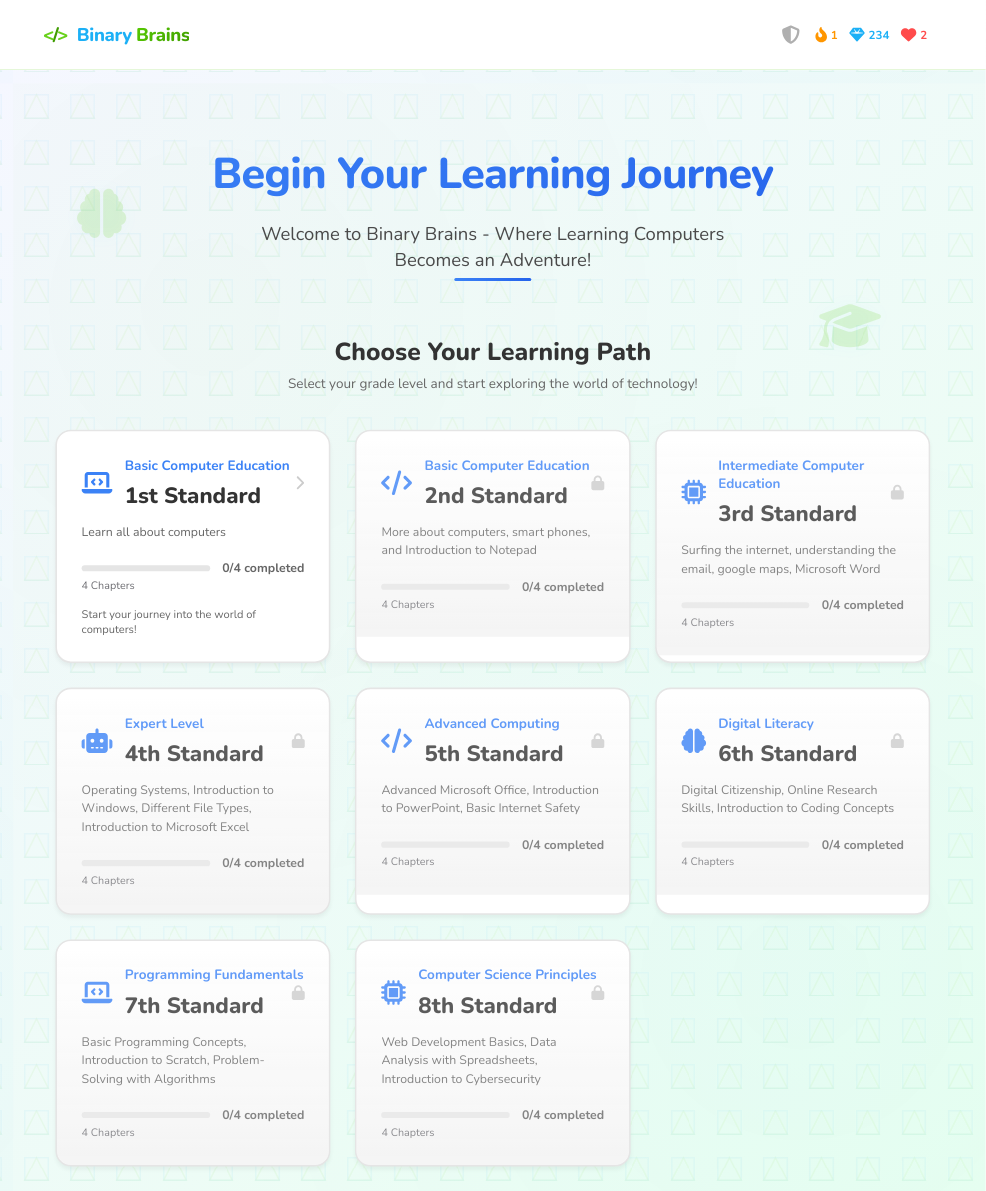
Repository: NeedFit-Agency/dattamsh
Page: /
An editor plug-in stored every save of this project. The page is shown before and after the next save, followed by the edit.
The browser window is 1280 px wide. The pictures show the whole page, at 77% of full size.
The project was rebuilt for these pictures with package versions that can differ from the ones it lists, and the page was loaded fresh each time. The framework's server and built-in components were replaced by stand-ins that run in the browser. Also part of the build but not shown: next.config.ts.

Above is the page before, as saved 2025-04-22 10:14:55.

### src/app/layout.tsx
'use client';

import type { Metadata } from "next";
import { Nunito } from "next/font/google";
import "./globals.css";
import { config } from '@fortawesome/fontawesome-svg-core'
import '@fortawesome/fontawesome-svg-core/styles.css'
import Header from '@/app/components/layout/Header/Header'
import { usePathname } from 'next/navigation';
config.autoAddCss = false

const nunito = Nunito({ subsets: ["latin"], weight: ["400", "700", "800", "900"] });


export default function RootLayout({
  children,
}: Readonly<{
  children: React.ReactNode;
}>) {
  const pathname = usePathname();
  const isQuizPage = pathname?.startsWith('/quiz');

  return (
    <html lang="en">
      <body className={nunito.className}>
        {!isQuizPage && <Header />}
        {children}
      </body>
    </html>
  );
}

### src/app/page.tsx
'use client';

import Link from 'next/link';
import { motion } from 'framer-motion';
import { FontAwesomeIcon } from '@fortawesome/react-fontawesome';
import {
  faChevronRight,
  faLock,
  faLaptopCode,
  faRobot,
  faMicrochip,
  faCode,
  faBrain,
  faGraduationCap,
  faAward
} from '@fortawesome/free-solid-svg-icons';
import styles from './page.module.css';

export default function HomePage() {
  const Standards = [
    {
      id: "1",
      subtitle: "Basic Computer Education",
      title: "1st Standard",
      status: "active",
      progress: "0/4 completed",
      units: "4 Chapters",
      message: "Start your journey into the world of computers!",
      icon: faLaptopCode,
      description: "Learn all about computers"
    },
    {
      id: "2",
      subtitle: "Basic Computer Education",
      title: "2nd Standard",
      status: "locked",
      units: "4 Chapters",
      progress: "0/4 completed",
      icon: faCode,
      description: "More about computers, smart phones, and Introduction to Notepad"
    },
    {
      id: "3",
      subtitle: "Intermediate Computer Education",
      title: "3rd Standard",
      status: "locked",
      progress: "0/4 completed",
      units: "4 Chapters",
      icon: faMicrochip,
      description: "Surfing the internet, understanding the email, google maps, Microsoft Word"
    },
    {
      id: "4",
      subtitle: "Expert Level",
      title: "4th Standard",
      status: "locked",
      progress: "0/4 completed",
      units: "4 Chapters",
      icon: faRobot,
      description: "Operating Systems, Introduction to Windows, Different File Types, Introduction to Microsoft Excel"
    },
    // Additional standards
    {
      id: "5",
      subtitle: "Advanced Computing",
      title: "5th Standard",
      status: "locked",
      progress: "0/4 completed",
      units: "4 Chapters",
      icon: faCode,
      description: "Advanced Microsoft Office, Introduction to PowerPoint, Basic Internet Safety"
    },
    {
      id: "6",
      subtitle: "Digital Literacy",
      title: "6th Standard",
      status: "locked",
      progress: "0/4 completed",
      units: "4 Chapters",
      icon: faBrain,
      description: "Digital Citizenship, Online Research Skills, Introduction to Coding Concepts"
    },
    {
      id: "7",
      subtitle: "Programming Fundamentals",
      title: "7th Standard",
      status: "locked",
      progress: "0/4 completed",
      units: "4 Chapters",
      icon: faLaptopCode,
      description: "Basic Programming Concepts, Introduction to Scratch, Problem-Solving with Algorithms"
    },
    {
      id: "8",
      subtitle: "Computer Science Principles",
      title: "8th Standard",
      status: "locked",
      progress: "0/4 completed",
      units: "4 Chapters",
      icon: faMicrochip,
      description: "Web Development Basics, Data Analysis with Spreadsheets, Introduction to Cybersecurity"
    }
  ];

  // Add decorative elements
  const decorativeIcons = [
    { icon: faBrain, style: { top: '10%', left: '5%' } },
    { icon: faGraduationCap, style: { top: '20%', right: '8%' } },
    { icon: faAward, style: { bottom: '15%', left: '8%' } },
    { icon: faCode, style: { bottom: '25%', right: '5%' } },
  ];

  return (
    <div className={styles.pageWrapper}>
      <main className={styles.main}>
        {/* Add decorative icons */}
        {decorativeIcons.map((item, index) => (
          <motion.div
            key={index}
            className={styles.decorativeIcon}
            style={item.style as React.CSSProperties}
            initial={{ opacity: 0, scale: 0 }}
            animate={{ opacity: 1, scale: 1 }}
            transition={{ duration: 0.5, delay: index * 0.2 }}
          >
            <FontAwesomeIcon icon={item.icon} />
          </motion.div>
        ))}

        <motion.div
          className={styles.heroSection}
          initial={{ opacity: 0, y: 20 }}
          animate={{ opacity: 1, y: 0 }}
          transition={{ duration: 0.6 }}
        >
          <h2 className={styles.heroTitle}>Begin Your Learning Journey</h2>
          <p className={styles.heroSubtitle}>
            Welcome to Binary Brains - Where Learning Computers Becomes an Adventure!
          </p>
        </motion.div>

        <div className={styles.standardsContainer}>
          <motion.div
            className={styles.sectionHeader}
            initial={{ opacity: 0, y: 20 }}
            animate={{ opacity: 1, y: 0 }}
            transition={{ duration: 0.6, delay: 0.3 }}
          >
            <h3>Choose Your Learning Path</h3>
            <p>Select your grade level and start exploring the world of technology!</p>
          </motion.div>

          <div className={styles.standardList}>
            {Standards.map((Standard, index) => (
              <motion.div
                key={Standard.id}
                className={styles.standardCard}
                initial={{ opacity: 0, x: -20 }}
                animate={{ opacity: 1, x: 0 }}
                transition={{ duration: 0.5, delay: 0.5 + index * 0.1 }}
              >
                <Link
                  href={Standard.status === 'active' ? `/learn/${Standard.id}/chapter/1` : '#'}
                  className={`${styles.standardLink} ${Standard.status === 'locked' ? styles.locked : ''}`}
                >
                  <div className={styles.standardContent}>
                    <div className={styles.standardHeader}>
                      <FontAwesomeIcon icon={Standard.icon} className={styles.standardIcon} />
                      <div className={styles.standardInfo}>
                        <span className={styles.subtitle}>{Standard.subtitle}</span>
                        <h2 className={styles.title}>{Standard.title}</h2>
                      </div>
                      {Standard.status === 'locked' ? (
                        <FontAwesomeIcon icon={faLock} className={styles.lockIcon} />
                      ) : (
                        <FontAwesomeIcon icon={faChevronRight} className={styles.arrowIcon} />
                      )}
                    </div>

                    <p className={styles.standardDescription}>{Standard.description}</p>

                    <div className={styles.standardDetails}>
                      <div className={styles.progress}>
                        <div className={styles.progressBar}>
                          <div
                            className={styles.progressFill}
                            style={{ width: Standard.status === 'active' ? '0%' : '0%' }}
                          />
                        </div>
                        <span className={styles.progressText}>{Standard.progress}</span>
                      </div>
                      <span className={styles.units}>{Standard.units}</span>
                      {Standard.message && (
                        <p className={styles.message}>{Standard.message}</p>
                      )}
                    </div>
                  </div>
                </Link>
              </motion.div>
            ))}
          </div>
        </div>
      </main>
    </div>
  );
}

### src/app/globals.css
/* Reset basic styles */
* {
  margin: 0;
  padding: 0;
  box-sizing: border-box;
}

:root {
  --background-light: #f8fafc;
  --background-medium: #eef2f7;
  --white: #ffffff;
  --border-light: #e5e7eb;
  --text-dark: #1f2937;
  --text-medium: #6b7280;
  --text-light: #9ca3af;
  --accent-color: #3b82f6; /* Changed to Blue */
  --accent-light: #60a5fa;
  --accent-dark: #2563eb;
  --primary-blue: #3b82f6; /* Already blue */
  --primary-blue-dark: #2563eb;
  --error-red: #ef4444;
  --warning-yellow: #f59e0b;
  --correct-green: #3b82f6; /* Changed to blue for consistency */
  --incorrect-red: #ef4444; /* Same as error */

  /* Font Sizes */
  --font-size-xs: 0.75rem;
  --font-size-sm: 0.875rem;
  --font-size-base: 1rem;
  --font-size-lg: 1.125rem;
  --font-size-xl: 1.25rem;
  --font-size-2xl: 1.5rem;
  --font-size-3xl: 1.875rem;
  --font-size-4xl: 2.25rem;
  --font-size-5xl: 3rem;
  --font-size-display: clamp(2.5rem, 6vw + 1rem, 6rem); /* For large characters */

  /* Duolingo theme variables - update to blue theme */
  --duo-green: #3b82f6; /* Changed to blue */
  --duo-green-dark: #2563eb;
  --duo-green-light: #93c5fd;
  --duo-green-border: #60a5fa;
  --duo-green-feedback: #dbeafe;

  /* Keep existing blue colors */
  --duo-blue-primary: #3b82f6;
  --duo-blue-dark: #2563eb;
  --duo-blue-light: #ddf4ff;
  --duo-blue-border: #bbe6ff;

  /* --- Core Colors (Blue Accent) --- */
  --duo-blue-primary: #1cb0f6;
  --duo-blue-dark: #1899d6;
  --duo-blue-light: #ddf4ff;   /* Needed for sidebar active bg */
  --duo-blue-border: #bbe6ff; /* Needed for sidebar active border */

  /* --- Secondary & Status Colors --- */
  --duo-yellow: #ffc800;
  --duo-yellow-dark: #e5a000;
  --duo-orange: #ff9600;
  --duo-orange-dark: #e58300;
  --duo-red: #ff4b4b;
  --duo-purple: #8e4dff;
  --duo-gold: #ffc800;
  --duo-gold-dark: #e5a000;
  --duo-gold-glow: rgba(255, 200, 0, 0.4);

  /* --- Grays & Text --- */
  --duo-gray-lightest: #f7f7f7; /* Needed for sidebar hover bg */
  --duo-gray-light: #e5e5e5;
  --duo-gray-medium: #afafaf;  /* Needed for inactive icons/profile border */
  --duo-gray-dark: #777777;    /* Needed for inactive text */
  --duo-text-dark: #4b4b4b;
  --duo-text-light: #ffffff;
  --duo-border: #e5e5e5;       /* Needed for sidebar right border */

  /* --- Dark Theme (Legendary) --- */
  --dark-bg: #1a1a1a;
  --dark-text-medium: #b0b0b0;
  --dark-footer-border: #333333;
  --dark-button-outline: #cccccc;

  /* --- Fonts --- */
  --font-family: 'Nunito', sans-serif; /* Ensure you import Nunito in layout.tsx */

  /* --- Layout --- */
  --sidebar-width: 300px;
  --right-rail-width: 400px;
}


body {
  font-family: var(--font-family);
  color: var(--duo-text-dark);
  background-color: #fefefe;
  /* Prevent scrolling issues with sticky elements */
  overflow-x: hidden;
}

/* Basic Button Resets */
button {
  font-family: inherit;
  cursor: pointer;
  border: none;
  background: none;
  padding: 0;
  color: inherit;
}

/* Link Resets */
a {
  color: inherit;
  text-decoration: none;
}

/* Font Awesome basic sizing */
.svg-inline--fa {
  vertical-align: middle; /* Better alignment */
}

### src/app/components/layout/Header/Header.tsx
'use client';

import { useState, useEffect } from 'react';
import Link from 'next/link';
import { FontAwesomeIcon } from '@fortawesome/react-fontawesome';
import { faBars, faTimes, faCode, faGraduationCap } from '@fortawesome/free-solid-svg-icons';
import StatsBar from '@/app/components/layout/StatsBar/StatsBar';
import styles from './Header.module.css';

export default function Header() {
  const [isScrolled, setIsScrolled] = useState(false);
  const [isMobileMenuOpen, setIsMobileMenuOpen] = useState(false);

  useEffect(() => {
    const handleScroll = () => {
      setIsScrolled(window.scrollY > 20);
    };

    window.addEventListener('scroll', handleScroll);
    return () => window.removeEventListener('scroll', handleScroll);
  }, []);

  return (
    <header className={`${styles.header} ${isScrolled ? styles.scrolled : ''}`}>
      <div className={styles.headerContent}>
        <Link href="/" className={styles.logoLink}>
          <div className={styles.logo}>
            <div className={styles.logoIconWrapper}>
              <span className={styles.codeBracket}>{"<"}</span>
              <span className={styles.codeSlash}>/</span>
              <span className={styles.codeBracket}>{">"}</span>
            </div>
            <div className={styles.logoText}>
              <span className={styles.logoMain}>Binary</span>
              <span className={styles.logoAccent}>Brains</span>
            </div>
          </div>
        </Link>

        <nav className={styles.nav}>
          {/* <div className={styles.navLinks}>
            <Link href="/learn" className={styles.navLink}>
              <FontAwesomeIcon icon={faGraduationCap} className={styles.navIcon} />
              <span>Learn</span>
            </Link>
          </div> */}
          <div className={styles.statsWrapper}>
            <StatsBar streak={1} gems={234} hearts={2} />
          </div>
        </nav>

        <button
          className={`${styles.mobileMenuButton} ${isMobileMenuOpen ? styles.active : ''}`}
          onClick={() => setIsMobileMenuOpen(!isMobileMenuOpen)}
          aria-label="Toggle menu"
        >
          <span className={styles.hamburgerIcon}></span>
        </button>

        <div className={`${styles.mobileMenu} ${isMobileMenuOpen ? styles.mobileMenuOpen : ''}`}>
          {/* <div className={styles.mobileNavLinks}>
            <Link href="/learn" className={styles.mobileNavLink}>
              <FontAwesomeIcon icon={faGraduationCap} className={styles.mobileNavIcon} />
              Learn
            </Link>
          </div> */}
          <div className={styles.mobileStatsWrapper}>
            <StatsBar streak={1} gems={234} hearts={2} />
          </div>
        </div>
      </div>
    </header>
  );
}

### src/app/components/layout/StatsBar/StatsBar.tsx
import { FontAwesomeIcon } from '@fortawesome/react-fontawesome';
import { faShieldAlt, faFireFlameCurved, faGem, faHeart } from '@fortawesome/free-solid-svg-icons';
import styles from './StatsBar.module.css';

interface StatsBarProps {
  streak: number;
  gems: number;
  hearts: number;
  streakFreezeActive?: boolean; // Optional prop
}

export default function StatsBar({ streak, gems, hearts, streakFreezeActive = true }: StatsBarProps) {
  return (
    <div className={styles.statsBar}>
      {streakFreezeActive && (
        <div className={`${styles.statItem} ${styles.streakFreeze}`}>
          <FontAwesomeIcon icon={faShieldAlt} className={styles.icon} />
        </div>
      )}
      <div className={`${styles.statItem} ${styles.streakCount}`}>
        <FontAwesomeIcon icon={faFireFlameCurved} className={styles.icon} /> {streak}
      </div>
      <div className={`${styles.statItem} ${styles.gems}`}>
        <FontAwesomeIcon icon={faGem} className={styles.icon} /> {gems}
      </div>
      <div className={`${styles.statItem} ${styles.hearts}`}>
        <FontAwesomeIcon icon={faHeart} className={styles.icon} /> {hearts}
      </div>
    </div>
  );
}

### src/app/components/layout/Header/Header.module.css
.header {
  background: rgba(255, 255, 255, 0.9);
  backdrop-filter: saturate(180%) blur(20px);
  -webkit-backdrop-filter: saturate(180%) blur(20px);
  position: sticky;
  top: 0;
  z-index: 100;
  border-bottom: 1px solid rgba(88, 204, 2, 0.2);
  transition: all 0.3s cubic-bezier(0.4, 0, 0.2, 1);
}

.scrolled {
  background: rgba(255, 255, 255, 0.98);
  box-shadow: 0 4px 20px rgba(88, 204, 2, 0.1);
}

.headerContent {
  max-width: 1200px;
  margin: 0 auto;
  padding: 0.8rem 1rem;
  display: flex;
  justify-content: space-between;
  align-items: center;
  position: relative;
}

.logoLink {
  text-decoration: none;
  display: flex;
  align-items: center;
  transition: transform 0.3s cubic-bezier(0.34, 1.56, 0.64, 1);
}

.logoLink:hover {
  transform: scale(1.02);
}

.logo {
  display: flex;
  align-items: center;
  gap: 0.75rem;
}

.logoIconWrapper {
  display: flex;
  align-items: center;
  font-size: 1.5rem;
  font-weight: 800;
  color: #58cc02;
  letter-spacing: -1px;
  transition: transform 0.3s cubic-bezier(0.34, 1.56, 0.64, 1);
}

.logoLink:hover .logoIconWrapper {
  transform: rotate(-5deg);
}

.codeBracket {
  opacity: 0.9;
  transition: transform 0.3s cubic-bezier(0.34, 1.56, 0.64, 1);
}

.codeSlash {
  color: #3f9c00;
  margin: 0 -1px;
  transition: transform 0.3s cubic-bezier(0.34, 1.56, 0.64, 1);
}

.logoLink:hover .codeBracket:first-child {
  transform: translateX(-2px);
}

.logoLink:hover .codeBracket:last-child {
  transform: translateX(2px);
}

.logoLink:hover .codeSlash {
  transform: rotate(-15deg) scale(1.1);
}

.logoText {
  display: flex;
  gap: 0.35rem;
  font-size: 1.5rem;
  font-weight: 800;
  letter-spacing: -0.02em;
}

.logoMain {
  color: #1cb0f6;
}

.logoAccent {
  background: linear-gradient(135deg, #58cc02, #3f9c00);
  -webkit-background-clip: text;
  background-clip: text;
  color: transparent;
}

.nav {
  display: flex;
  align-items: center;
  gap: 1rem;
  margin-left: auto;
}

.statsWrapper {
  display: flex;
  align-items: center;
  gap: 0.5rem;
}

.navLinks {
  display: flex;
  gap: 1rem;
  margin-right: 1rem;
}

.navLink {
  display: flex;
  align-items: center;
  gap: 0.5rem;
  color: #3c3c3c;
  text-decoration: none;
  font-size: 1rem;
  font-weight: 700;
  padding: 0.5rem 1rem;
  border-radius: 12px;
  transition: all 0.3s cubic-bezier(0.4, 0, 0.2, 1);
  background: rgba(88, 204, 2, 0.1);
}

.navIcon {
  font-size: 1.1rem;
  color: #58cc02;
  transition: transform 0.3s cubic-bezier(0.34, 1.56, 0.64, 1);
}

.navLink:hover {
  background: rgba(88, 204, 2, 0.15);
  transform: translateY(-1px);
}

.navLink:hover .navIcon {
  transform: scale(1.1) rotate(-5deg);
}

.mobileMenuButton {
  display: none;
  background: none;
  border: none;
  padding: 0.5rem;
  cursor: pointer;
  position: relative;
  z-index: 102;
  width: 44px;
  height: 44px;
}

.hamburgerIcon,
.hamburgerIcon::before,
.hamburgerIcon::after {
  display: block;
  width: 24px;
  height: 2px;
  background: #58cc02;
  position: absolute;
  left: 50%;
  transform: translateX(-50%);
  transition: transform 0.3s ease, opacity 0.3s ease;
}

.hamburgerIcon {
  top: 50%;
  transform: translate(-50%, -50%);
}

.hamburgerIcon::before,
.hamburgerIcon::after {
  content: '';
}

.hamburgerIcon::before {
  top: -8px;
}

.hamburgerIcon::after {
  bottom: -8px;
}

.mobileMenuButton.active .hamburgerIcon {
  background: transparent;
}

.mobileMenuButton.active .hamburgerIcon::before {
  top: 0;
  transform: translate(-50%, 0) rotate(45deg);
}

.mobileMenuButton.active .hamburgerIcon::after {
  bottom: 0;
  transform: translate(-50%, 0) rotate(-45deg);
}

.mobileMenu {
  display: none;
  position: fixed;
  top: 0;
  left: 0;
  right: 0;
  bottom: 0;
  background: rgba(255, 255, 255, 0.98);
  backdrop-filter: saturate(180%) blur(20px);
  -webkit-backdrop-filter: saturate(180%) blur(20px);
  z-index: 101;
  opacity: 0;
  visibility: hidden;
  transition: opacity 0.3s ease, visibility 0.3s ease;
  padding: 1rem;
}

.mobileMenuOpen {
  opacity: 1;
  visibility: visible;
  display: flex;
  flex-direction: column;
}

.mobileNavLinks {
  display: flex;
  flex-direction: column;
  gap: 1rem;
  width: 100%;
  max-width: 320px;
  margin: 3rem auto 0;
}

.mobileNavLink {
  display: flex;
  align-items: center;
  justify-content: center;
  gap: 0.75rem;
  color: #3c3c3c;
  text-decoration: none;
  font-size: 1.15rem;
  font-weight: 700;
  padding: 0.75rem;
  border-radius: 12px;
  background: rgba(88, 204, 2, 0.1);
  transition: all 0.3s cubic-bezier(0.4, 0, 0.2, 1);
  width: 100%;
}

.mobileNavIcon {
  color: #58cc02;
  font-size: 1.25rem;
}

.mobileNavLink:hover {
  background: rgba(88, 204, 2, 0.15);
  transform: translateY(-1px);
}

.mobileStatsWrapper {
  display: flex;
  align-items: center;
  justify-content: flex-end;
  padding: 0.5rem 0;
  margin-bottom: 1rem;
}

@media (max-width: 768px) {
  .headerContent {
    padding: 0.8rem 1rem;
  }

  .nav {
    display: none;
  }

  .mobileMenuButton {
    display: flex;
    align-items: center;
    justify-content: center;
    margin-left: 1rem;
  }

  .mobileMenu {
    display: none;
  }

  .mobileMenu.mobileMenuOpen {
    display: block;
  }

  .logoText {
    font-size: 1.25rem;
  }

  .logoIconWrapper {
    font-size: 1.25rem;
  }
}

/* Animation for header appearance */
@keyframes headerSlideDown {
  from {
    transform: translateY(-100%);
    opacity: 0;
  }
  to {
    transform: translateY(0);
    opacity: 1;
  }
}

.header {
  animation: headerSlideDown 0.5s cubic-bezier(0.34, 1.56, 0.64, 1);
}

### src/app/components/layout/StatsBar/StatsBar.module.css
.statsBar {
    display: flex;
    justify-content: flex-end;
    align-items: center;
    gap: 15px;
    padding: 20px 20px;
  }
  .statItem {
    display: flex;
    align-items: center;
    font-weight: 700;
    font-size: 15px;
    cursor: pointer; /* Indicate clickable */
  }
  .statItem .icon {
    margin-right: 5px;
    font-size: 20px;
    display: inline-block; /* Helps with alignment */
    vertical-align: middle;
  }
  .streakFreeze {
    color: var(--duo-gray-medium);
  }
  .streakFreeze .icon {
    font-size: 24px;
  }
  .streakCount {
    color: var(--duo-orange);
  }
  .gems {
    color: var(--duo-blue-primary); /* Use blue */
  }
  .hearts {
    color: var(--duo-red);
  }

Loaded but not shown: src/app/page.module.css (369 lines, source omitted)

After the next save:
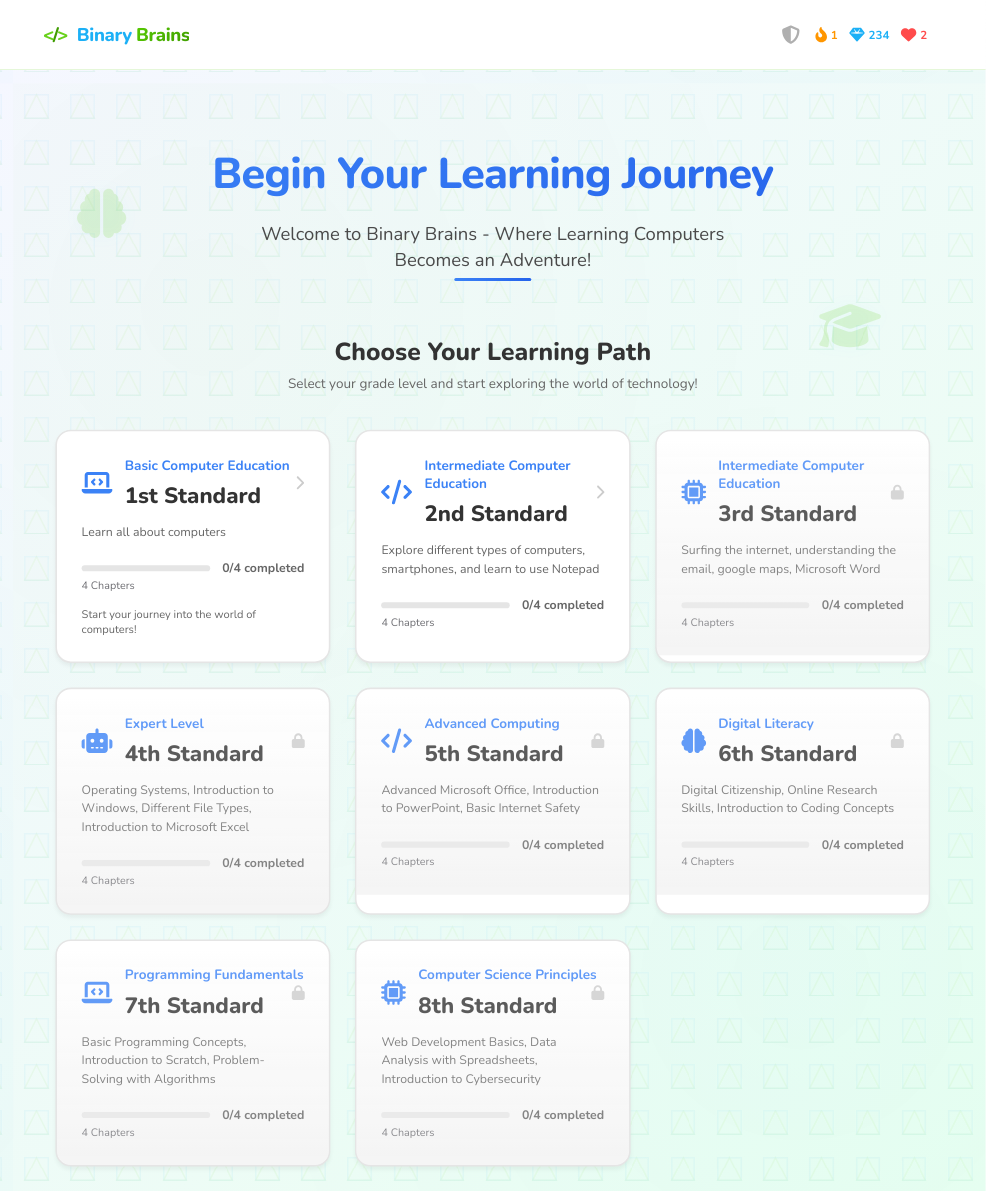
Saved 19 s later.
--- a/src/app/page.tsx
+++ b/src/app/page.tsx
@@ -31,13 +31,13 @@ export default function HomePage() {
     },
     {
       id: "2",
-      subtitle: "Basic Computer Education",
+      subtitle: "Intermediate Computer Education",
       title: "2nd Standard",
-      status: "locked",
+      status: "active",
       units: "4 Chapters",
       progress: "0/4 completed",
       icon: faCode,
-      description: "More about computers, smart phones, and Introduction to Notepad"
+      description: "Explore different types of computers, smartphones, and learn to use Notepad"
     },
     {
       id: "3",
